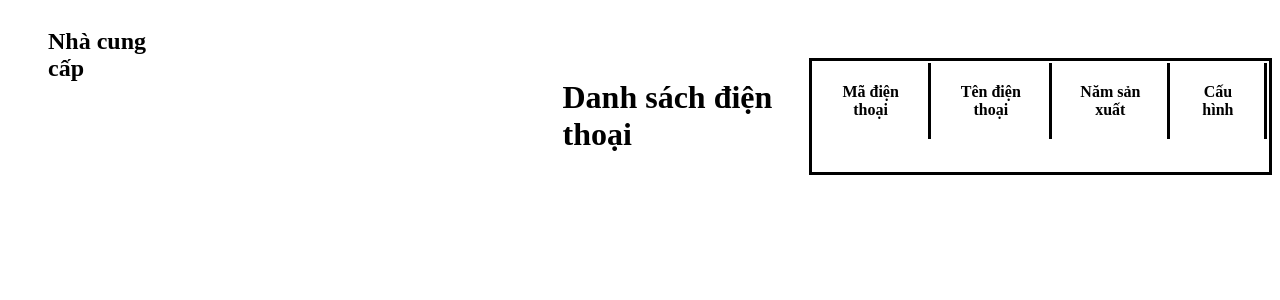
Repository: buikhacthang91042/Nam4_Ki1
Page: http://localhost/Tuan05/DanhSachDienThoaiNCC.jsp
An editor plug-in stored every save of this project. The page is shown before and after the next save, followed by the edit.
The browser window is 1280 px wide. The pictures show the whole page.
The page is served by Tomcat 10. Nobody is signed in. The application's start-up code is not run. Other server files are loaded and not shown. The template is opened directly, without the code that normally fills it, so the values that code supplies are empty.

Above is the page before, as saved 2024-10-10 12:02:13.

### WWW/BuiKhacThang_21127151_Tuan05/Tuan05/src/main/webapp/DanhSachDienThoaiNCC.jsp
<%@ page contentType="text/html; charset=UTF-8" language="java"%>
<%@ taglib uri="http://java.sun.com/jsp/jstl/functions" prefix="fn"%>
<%@ taglib prefix="c" uri="jakarta.tags.core"%>
<!DOCTYPE html>
<html>
<head>
<meta charset="ISO-8859-1">
<title>Danh sách điện thoại theo nhà cung cấp</title>
<style type="text/css">
	.container{
		display: flex;
		flex-direction: row;
	}
	.menu{

	}
	.content{
		display:flex;
		margin-left: 400px;
		margin-top: 50px;
	}
	th {
		padding: 20px;
		border-right: solid;
	}
	table{
		border: solid;
	}
</style>

</head>
<body>
	<form action="" method="GET">
	<div class="container">

		<div class="menu">
		<ul>
			<h2>Nhà cung cấp</h2>
		<c:forEach var="NCC" items="${NhaCCList}">
			<li><a
				href="DanhSachDienThoaiNCCServlet?mancc= ${NCC.mancc}">${NCC.tenNhaCungCap}</a></li>
		</c:forEach>
		</ul>
		</div>

		<div class="content">
		<h1>Danh sách điện thoại</h1>
			<table>
				<thead>
					<tr>
						<th>Mã điện thoại</th>
						<th>Tên điện thoại</th>
						<th>Năm sản xuất</th>
						<th>Cấu hình</th>
					</tr>
				</thead>

				<tbody>
				<c:forEach var= "dienThoai" items= "${dienThoaiList}">
					<tr>
						<td>${dienThoai.madt} </td>
						<td>${dienThoai.tenDienThoai} </td>
						<td>${dienThoai.namSanXuat} </td>
						<td>${dienThoai.cauHinh} </td>
					</tr>
				</c:forEach>

				</tbody>
			</table>
		</div>

		</div>
	</form>
</body>
</html>

After the next save:
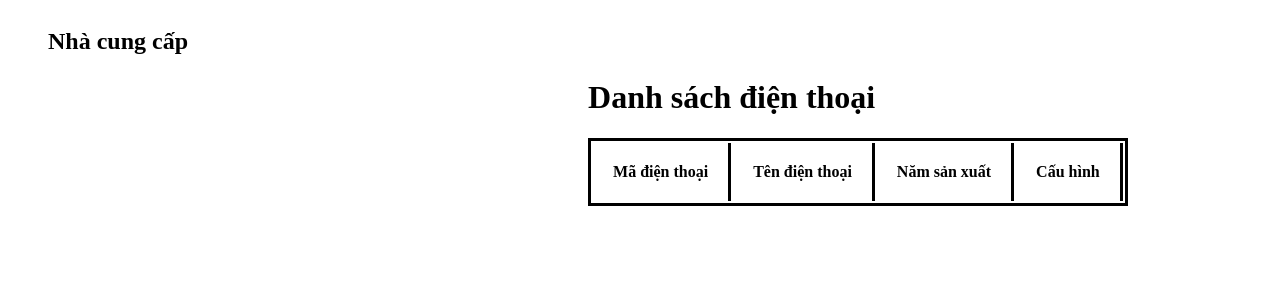
Saved 18 s later.
--- a/WWW/BuiKhacThang_21127151_Tuan05/Tuan05/src/main/webapp/DanhSachDienThoaiNCC.jsp
+++ b/WWW/BuiKhacThang_21127151_Tuan05/Tuan05/src/main/webapp/DanhSachDienThoaiNCC.jsp
@@ -16,6 +16,7 @@
 	}
 	.content{
 		display:flex;
+		flex-direction:column;
 		margin-left: 400px;
 		margin-top: 50px;
 	}
